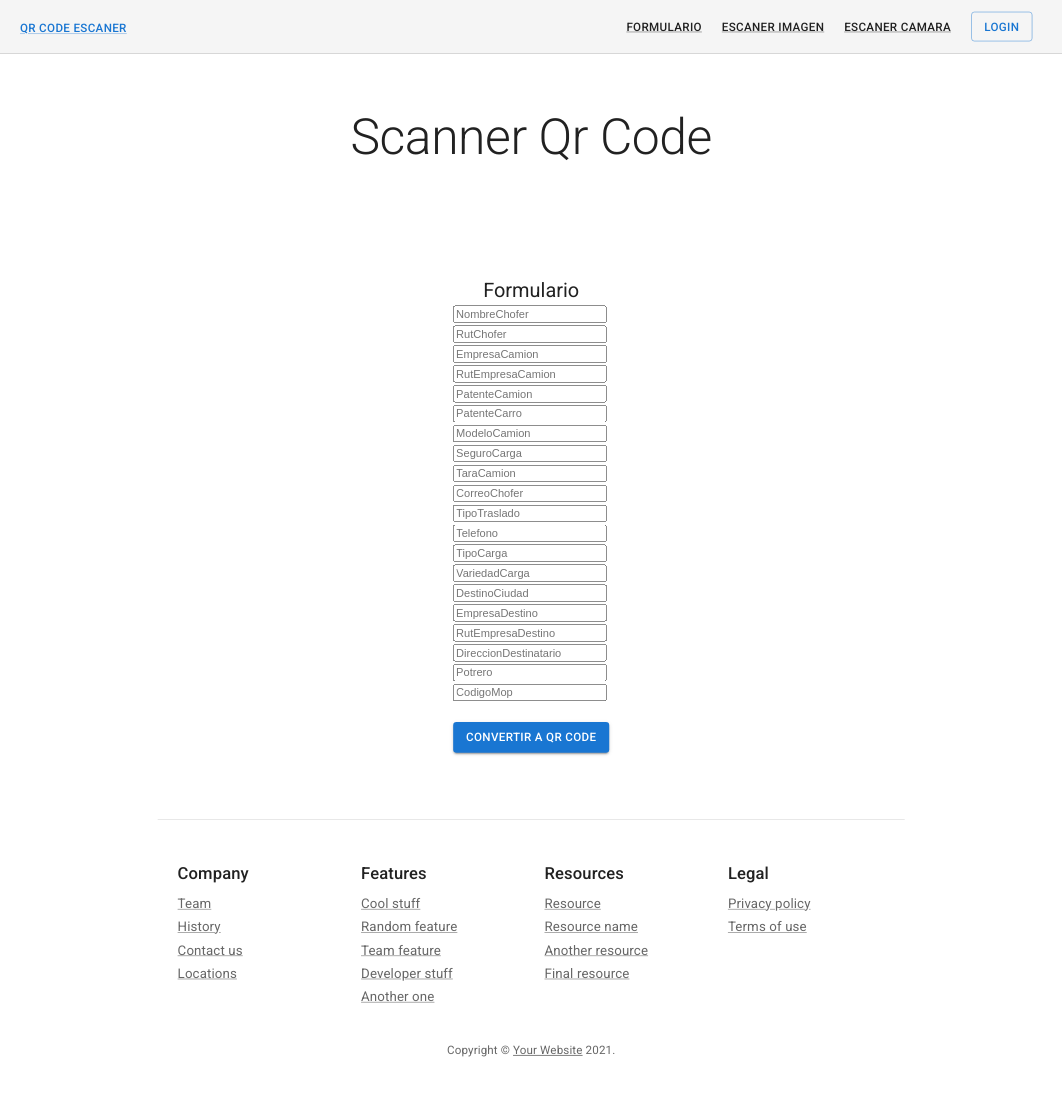
Repository: FlamesAlejandro/QrCodeForm
Page: /form
The author's editor kept a copy of each file at every save. The page is drawn from the files as they stood at one save, then again after the next save.
The browser window is 1280 px wide. The pictures show the whole page, at 83% of full size.
The project was rebuilt for these pictures with package versions that can differ from the ones it lists, and the page was loaded fresh each time. Also part of the build but not shown: src/App.css, src/components/pages/ImagenEscaner.js, src/components/pages/CamaraEscaner.js, src/components/pages/Home.js.

Above is the page before, as saved 2021-10-24 08:00:26.

### src/App.js
import './App.css';
import { AppRouter } from './routers/AppRouter';

function App() {
  return (
    <>
      <AppRouter />
    </>
  );
}

export default App;

### src/routers/AppRouter.js
import React from 'react'
import { Switch, Route, Redirect, BrowserRouter as Router } from 'react-router-dom'
import CssBaseline from '@mui/material/CssBaseline';
import Typography from '@mui/material/Typography';
import GlobalStyles from '@mui/material/GlobalStyles';
import Container from '@mui/material/Container';
import { MainNavbar } from '../components/ui/MainNavbar';
import { MainFooter } from '../components/ui/MainFooter';
import { Form } from '../components/pages/Form';
import { ImagenEscaner } from '../components/pages/ImagenEscaner';
import { CamaraEscaner } from '../components/pages/CamaraEscaner';
import { Home } from '../components/pages/Home';

export const AppRouter = () => {
    return (
        <>
        <Router>
            <GlobalStyles styles={{ ul: { margin: 0, padding: 0, listStyle: 'none' } }} />
                <CssBaseline />

                <MainNavbar />

                {/* Hero unit */}
                <Container disableGutters maxWidth="sm" component="main" sx={{ pt: 8, pb: 6 }}>
                    <Typography
                    component="h1"
                    variant="h2"
                    align="center"
                    color="text.primary"
                    gutterBottom
                    >
                    Scanner Qr Code
                    </Typography>

                </Container>

                {/* Contenido */}
                <Container maxWidth="md" component="main">

                    <Switch>
                        <Route exact path="/form" component={ Form } />
                        <Route exact path="/imagen" component={ ImagenEscaner } />
                        <Route exact path="/camara" component={ CamaraEscaner } />
                        <Route exact path="/home" component={ Home } />
                        <Redirect to="/home" />
                    </Switch>

                </Container>

                {/* Footer */}
                <Container
                    maxWidth="md"
                    component="footer"
                    sx={{
                    borderTop: (theme) => `1px solid ${theme.palette.divider}`,
                    mt: 8,
                    py: [3, 6],
                    }}
                >
                    <MainFooter />

                </Container>
                {/* End footer */}
            </Router>
        </>
    )
}

### src/components/ui/MainNavbar.js
import React from 'react'
import AppBar from '@mui/material/AppBar';
import Button from '@mui/material/Button';
import Toolbar from '@mui/material/Toolbar';
import Typography from '@mui/material/Typography';
import Link from '@mui/material/Link';

export const MainNavbar = () => {
    return (
        <>
            <AppBar
                position="static"
                color="default"
                elevation={0}
                sx={{ borderBottom: (theme) => `1px solid ${theme.palette.divider}` }}
            >
                <Toolbar sx={{ flexWrap: 'wrap' }}>
                <Typography variant="h6" color="inherit" noWrap sx={{ flexGrow: 1 }}>
                    <Link
                            variant="button"
                            href="/home"
                        >QR CODE Escaner
                    </Link>
                </Typography>
                <nav>
                    <Link
                        variant="button"
                        color="text.primary"
                        href="/form"
                        sx={{ my: 1, mx: 1.5 }}
                    >
                    Formulario
                    </Link>
                    <Link
                        variant="button"
                        color="text.primary"
                        href="/imagen"
                        sx={{ my: 1, mx: 1.5 }}
                    >
                    Escaner Imagen
                    </Link>
                    <Link
                        variant="button"
                        color="text.primary"
                        href="/camara"
                        sx={{ my: 1, mx: 1.5 }}
                    >
                    Escaner Camara
                    </Link>
                </nav>
                <Button href="/home" variant="outlined" sx={{ my: 1, mx: 1.5 }}>
                    Login
                </Button>
                </Toolbar>
            </AppBar>
        </>
    )
}

### src/components/ui/MainFooter.js
import React from 'react'
import Grid from '@mui/material/Grid';
import Typography from '@mui/material/Typography';
import Link from '@mui/material/Link';

function Copyright(props) {
    return (
      <Typography variant="body2" color="text.secondary" align="center" {...props}>
        {'Copyright © '}
        <Link color="inherit" href="https://mui.com/">
          Your Website
        </Link>{' '}
        {new Date().getFullYear()}
        {'.'}
      </Typography>
    );
  }

  const footers = [
    {
      title: 'Company',
      description: ['Team', 'History', 'Contact us', 'Locations'],
    },
    {
      title: 'Features',
      description: [
        'Cool stuff',
        'Random feature',
        'Team feature',
        'Developer stuff',
        'Another one',
      ],
    },
    {
      title: 'Resources',
      description: ['Resource', 'Resource name', 'Another resource', 'Final resource'],
    },
    {
      title: 'Legal',
      description: ['Privacy policy', 'Terms of use'],
    },
  ];

export const MainFooter = () => {

    return (
        <>
            <Grid container spacing={4} justifyContent="space-evenly">
                {footers.map((footer) => (
                    <Grid item xs={6} sm={3} key={footer.title}>
                    <Typography variant="h6" color="text.primary" gutterBottom>
                        {footer.title}
                    </Typography>
                    <ul>
                        {footer.description.map((item) => (
                        <li key={item}>
                            <Link href="#" variant="subtitle1" color="text.secondary">
                            {item}
                            </Link>
                        </li>
                        ))}
                    </ul>
                    </Grid>
                ))}
            </Grid>
            <Copyright sx={{ mt: 5 }} />
        </>
    )
}

### src/components/pages/Form.js
import React, { useState } from 'react'
import Button from '@mui/material/Button';
import CssBaseline from '@mui/material/CssBaseline';
import TextField from '@mui/material/TextField';
import Grid from '@mui/material/Grid';
import Box from '@mui/material/Box';
import Typography from '@mui/material/Typography';
import Container from '@mui/material/Container';
import QRCode from 'qrcode';
import { useForm } from "react-hook-form";

export const Form = () => {

    const [imgUrl, setImgUrl] = useState('');

    const { register, handleSubmit, formState: { errors } } = useForm();
    const onSubmit = data => console.log(data);
    // console.log(errors);

    // const generarQrCode = async(event) => {
    //     try {
    //         event.preventDefault();
    //         const data = new FormData(event.currentTarget);
    //         const response = await QRCode.toDataURL(data);
    //         setImgUrl(response);

    //     } catch (error) {
    //       console.log(error);
    //     }
    // }

    return (
        <>
            <Container component="main" maxWidth="xs">
                <CssBaseline />
                <Box
                sx={{
                    marginTop: 8,
                    display: 'flex',
                    flexDirection: 'column',
                    alignItems: 'center',
                }}
                >
                <Typography component="h1" variant="h5">
                    Formulario
                </Typography>

                <form onSubmit={handleSubmit(onSubmit)}>
                <Grid item xs={12} sm={6}>
                        <input type="text" placeholder="NombreChofer" {...register("NombreChofer", {})} />
                    </Grid>
                    <Grid item xs={12} sm={6}>
                        <input type="text" placeholder="RutChofer" {...register("RutChofer", {})} />
                    </Grid>
                    <Grid item xs={12} sm={6}>
                        <input type="text" placeholder="EmpresaCamion" {...register("EmpresaCamion", {})} />
                    </Grid>
                    <Grid item xs={12} sm={6}>
                        <input type="text" placeholder="RutEmpresaCamion" {...register("RutEmpresaCamion", {})} />
                    </Grid>
                    <Grid item xs={12} sm={6}>
                        <input type="text" placeholder="PatenteCamion" {...register("PatenteCamion", {})} />
                    </Grid>
                    <Grid item xs={12} sm={6}>
                        <input type="text" placeholder="PatenteCarro" {...register("PatenteCarro", {})} />
                    </Grid>
                    <Grid item xs={12} sm={6}>
                        <input type="text" placeholder="ModeloCamion" {...register("ModeloCamion", {})} />
                    </Grid>
                    <Grid item xs={12} sm={6}>
                        <input type="text" placeholder="SeguroCarga" {...register("SeguroCarga", {})} />
                    </Grid>
                    <Grid item xs={12} sm={6}>
                        <input type="text" placeholder="TaraCamion" {...register("TaraCamion", {})} />
                    </Grid>
                    <Grid item xs={12} sm={6}>
                        <input type="text" placeholder="CorreoChofer" {...register("CorreoChofer", {})} />
                    </Grid>
                    <Grid item xs={12} sm={6}>
                        <input type="text" placeholder="TipoTraslado" {...register("TipoTraslado", {})} />
                    </Grid>
                    <Grid item xs={12} sm={6}>
                        <input type="text" placeholder="Telefono" {...register("Telefono", {})} />
                    </Grid>
                    <Grid item xs={12} sm={6}>
                        <input type="text" placeholder="TipoCarga" {...register("TipoCarga", {})} />
                    </Grid>
                    <Grid item xs={12} sm={6}>
                        <input type="text" placeholder="VariedadCarga" {...register("VariedadCarga", {})} />
                    </Grid>
                    <Grid item xs={12} sm={6}>
                        <input type="text" placeholder="DestinoCiudad" {...register("DestinoCiudad", {})} />
                    </Grid>
                    <Grid item xs={12} sm={6}>
                        <input type="text" placeholder="EmpresaDestino" {...register("EmpresaDestino", {})} />
                    </Grid>
                    <Grid item xs={12} sm={6}>
                        <input type="text" placeholder="RutEmpresaDestino" {...register("RutEmpresaDestino", {})} />
                    </Grid>
                    <Grid item xs={12} sm={6}>
                        <input type="text" placeholder="DireccionDestinatario" {...register("DireccionDestinatario", {})} />
                    </Grid>
                    <Grid item xs={12} sm={6}>
                        <input type="text" placeholder="Potrero" {...register("Potrero", {})} />
                    </Grid>
                    <Grid item xs={12} sm={6}>
                        <input type="text" placeholder="CodigoMop" {...register("CodigoMop", {})} />
                    </Grid>
                    <Button
                        type="submit"
                        fullWidth
                        variant="contained"
                        sx={{ mt: 3, mb: 2 }}
                    >
                    Convertir a QR CODE
                    </Button>
                </form>

                {/* <Box component="form" noValidate onSubmit={generarQrCode} sx={{ mt: 3 }}>
                    <Grid container spacing={2}>
                    <Grid item xs={12} sm={6}>
                        <TextField
                        autoComplete="NombreChofer"
                        name="NombreChofer"
                        required
                        fullWidth
                        id="NombreChofer"
                        label="NombreChofer"
                        autoFocus
                        />
                    </Grid>
                    <Grid item xs={12} sm={6}>
                        <TextField
                        required
                        fullWidth
                        id="RutChofer"
                        label="RutChofer"
                        name="RutChofer"
                        autoComplete="RutChofer"
                        />
                    </Grid>
                    <Grid item xs={12} sm={6}>
                        <TextField
                        autoComplete="EmpresaCamion"
                        name="EmpresaCamion"
                        required
                        fullWidth
                        id="EmpresaCamion"
                        label="EmpresaCamion"
                        autoFocus
                        />
                    </Grid>
                    <Grid item xs={12} sm={6}>
                        <TextField
                        required
                        fullWidth
                        id="RutEmpresaCamion"
                        label="RutEmpresaCamion"
                        name="RutEmpresaCamion"
                        autoComplete="RutEmpresaCamion"
                        />
                    </Grid>
                    <Grid item xs={12} sm={6}>
                        <TextField
                        autoComplete="PatenteCamion"
                        name="PatenteCamion"
                        required
                        fullWidth
                        id="PatenteCamion"
                        label="PatenteCamion"
                        autoFocus
                        />
                    </Grid>
                    <Grid item xs={12} sm={6}>
                        <TextField
                        required
                        fullWidth
                        id="PatenteCarro"
                        label="PatenteCarro"
                        name="PatenteCarro"
                        autoComplete="PatenteCarro"
                        />
                    </Grid>
                    <Grid item xs={12} sm={6}>
                        <TextField
                        autoComplete="ModeloCamion"
                        name="ModeloCamion"
                        required
                        fullWidth
                        id="ModeloCamion"
                        label="ModeloCamion"
                        autoFocus
                        />
                    </Grid>
                    <Grid item xs={12} sm={6}>
                        <TextField
                        required
                        fullWidth
                        id="SeguroCarga"
                        label="SeguroCarga"
                        name="SeguroCarga"
                        autoComplete="SeguroCarga"
                        />
                    </Grid>
                    <Grid item xs={12} sm={6}>
                        <TextField
                        autoComplete="TaraCamion"
                        name="TaraCamion"
                        required
                        fullWidth
                        id="TaraCamion"
                        label="TaraCamion"
                        autoFocus
                        />
                    </Grid>
                    <Grid item xs={12} sm={6}>
                        <TextField
                        required
                        fullWidth
                        id="CorreoChofer"
                        label="CorreoChofer"
                        name="CorreoChofer"
                        autoComplete="CorreoChofer"
                        />
                    </Grid>
                    <Grid item xs={12} sm={6}>
                        <TextField
                        autoComplete="TipoTraslado"
                        name="TipoTraslado"
                        required
                        fullWidth
                        id="TipoTraslado"
                        label="TipoTraslado"
                        autoFocus
                        />
                    </Grid>
                    <Grid item xs={12} sm={6}>
                        <TextField
                        required
                        fullWidth
                        id="Telefono"
                        label="Telefono"
                        name="Telefono"
                        autoComplete="Telefono"
                        />
                    </Grid>
                    <Grid item xs={12} sm={6}>
                        <TextField
                        autoComplete="TipoCarga"
                        name="TipoCarga"
                        required
                        fullWidth
                        id="TipoCarga"
                        label="TipoCarga"
                        autoFocus
                        />
                    </Grid>
                    <Grid item xs={12} sm={6}>
                        <TextField
                        required
                        fullWidth
                        id="VariedadCarga"
                        label="VariedadCarga"
                        name="VariedadCarga"
                        autoComplete="VariedadCarga"
                        />
                    </Grid>
                    <Grid item xs={12} sm={6}>
                        <TextField
                        autoComplete="DestinoCiudad"
                        name="DestinoCiudad"
                        required
                        fullWidth
                        id="DestinoCiudad"
                        label="DestinoCiudad"
                        autoFocus
                        />
                    </Grid>
                    <Grid item xs={12} sm={6}>
                        <TextField
                        required
                        fullWidth
                        id="EmpresaDestino"
                        label="EmpresaDestino"
                        name="EmpresaDestino"
                        autoComplete="EmpresaDestino"
                        />
                    </Grid>
                    <Grid item xs={12} sm={6}>
                        <TextField
                        autoComplete="RutEmpresaDestino"
                        name="RutEmpresaDestino"
                        required
                        fullWidth
                        id="RutEmpresaDestino"
                        label="RutEmpresaDestino"
                        autoFocus
                        />
                    </Grid>
                    <Grid item xs={12} sm={6}>
                        <TextField
                        required
                        fullWidth
                        id="DireccionDestinatario"
                        label="DireccionDestinatario"
                        name="DireccionDestinatario"
                        autoComplete="DireccionDestinatario"
                        />
                    </Grid>
                    <Grid item xs={12} sm={6}>
                        <TextField
                        autoComplete="Potrero"
                        name="Potrero"
                        required
                        fullWidth
                        id="Potrero"
                        label="Potrero"
                        autoFocus
                        />
                    </Grid>
                    <Grid item xs={12} sm={6}>
                        <TextField
                        required
                        fullWidth
                        id="CodigoMop"
                        label="CodigoMop"
                        name="CodigoMop"
                        autoComplete="CodigoMop"
                        />
                    </Grid>
                    </Grid>
                    <Button
                        type="submit"
                        fullWidth
                        variant="contained"
                        sx={{ mt: 3, mb: 2 }}
                    >
                    Convertir a QR CODE
                    </Button> */}
                {/* </Box> */}
                </Box>
                {imgUrl ? (
                    <a href={imgUrl} download>
                        <img src={imgUrl} alt="img" />
                    </a>)
                : null}
            </Container>
        </>
    )
}

Loaded but not shown: public/index.html (common file); src/index.js (common file); src/index.css (common file); src/reportWebVitals.js (common file)

After the next save:
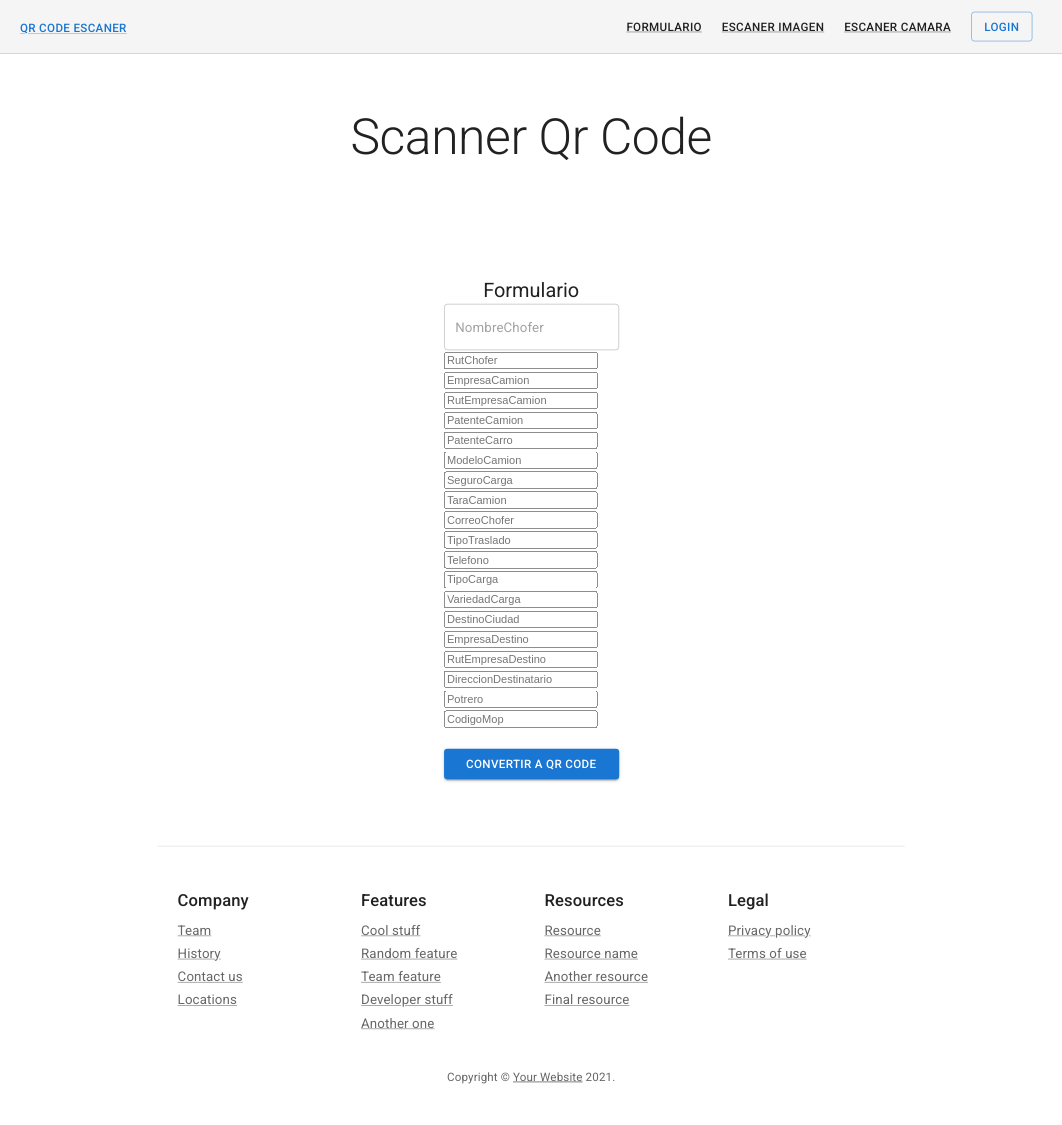
Saved 23 s later.
--- a/src/components/pages/Form.js
+++ b/src/components/pages/Form.js
@@ -47,7 +47,7 @@ export const Form = () => {
 
                 <form onSubmit={handleSubmit(onSubmit)}>
                 <Grid item xs={12} sm={6}>
-                        <input type="text" placeholder="NombreChofer" {...register("NombreChofer", {})} />
+                        <TextField type="text" placeholder="NombreChofer" {...register("NombreChofer", {})} />
                     </Grid>
                     <Grid item xs={12} sm={6}>
                         <input type="text" placeholder="RutChofer" {...register("RutChofer", {})} />
